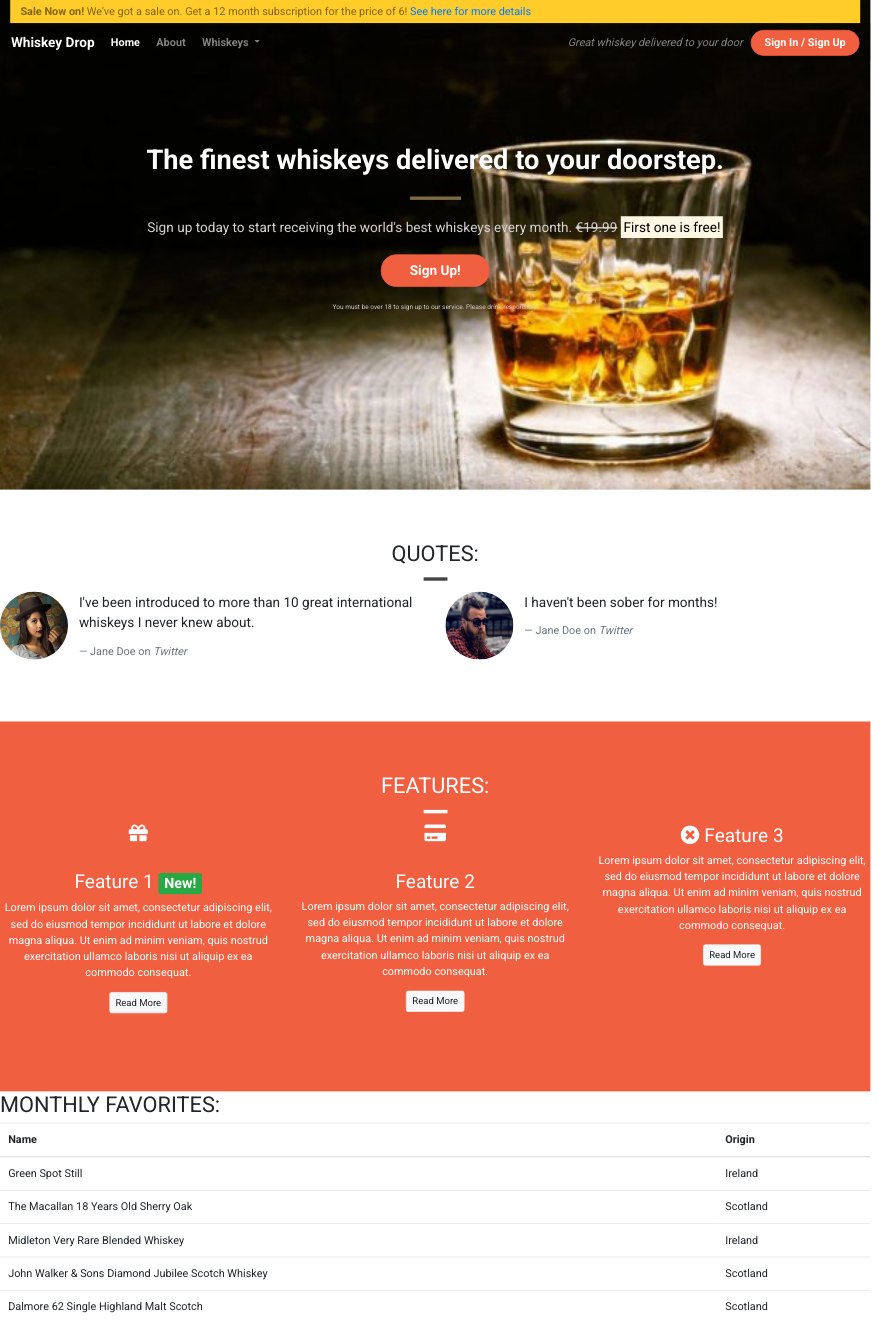
Repository: grisselfaura/BootstrappingYourNextBigIdea-BS4
Page: index.html
The author's editor kept a record of every edit. The page is drawn from the files as they stood at one moment, then again after the next edit.
The browser window is 1280 px wide. The page is 1295 px wide, so the pictures cover 1295 px, including what lies to the right of the window. The pictures show the whole page, at 68% of full size.
Backgrounds fixed to the window are drawn as part of the page. Some web libraries are served in a nearby version.

Above is the page before.

### index.html
<!DOCTYPE html>
<html lang="en-us">

<head>
    <meta charset="utf-8">
    <meta name="viewport" content="width=device-width, initial-scale=1.0">
    <title>Whiskey Drop | Taste a new whiskey every month</title>
    <link rel="stylesheet" href="https://maxcdn.bootstrapcdn.com/bootstrap/4.1.3/css/bootstrap.min.css">
    <link rel="stylesheet" href="https://use.fontawesome.com/releases/v5.6.1/css/all.css" integrity="sha384-gfdkjb5BdAXd+lj+gudLWI+BXq4IuLW5IT+brZEZsLFm++aCMlF1V92rMkPaX4PP" crossorigin="anonymous">
    <link href="https://fonts.googleapis.com/css?family=Roboto:400,700&display=swap" rel="stylesheet">
    <link rel="stylesheet" href="css/style.css" type="text/css" />
</head>

<body>
    <div class="container-fluid navalert-container">
        <div class="container-fluid alert-container">
            <div class="row d-none d-sm-block">
                <div class="col-12">
                    <div class="site-wide-alert alert-warning">
                        <strong>Sale Now on!</strong> We've got a sale on. Get a 12 month subscription for the price of 6! <a href="">See here for more details</a>
                    </div>
                </div>
            </div>
        </div>
        <nav class="navbar navbar-dark navbar-expand-sm">
            <a href="/" class="navbar-brand">Whiskey Drop</a>

            <button class="navbar-toggler ml-auto" type="button" data-toggle="collapse" data-target="#navbarNavDropdown" aria-controls="navbarNavDropdown" aria-expanded="false" aria-label="Toggle navigation">
            <span class="navbar-toggler-icon"></span></button>

            <div class="collapse navbar-collapse" id="navbarNavDropdown">
                <ul class="navbar-nav mr-auto">
                    <li class="active nav-item mr-2"><a class="nav-link" href="/">Home</a></li>
                    <li class="nav-item mr-2"><a class="nav-link" href="">About</a></li>
                    <li class="nav-item dropdown">
                        <a class="nav-link dropdown-toggle" href="#" id="navbarDropdownMenuLink" role="button" data-toggle="dropdown" aria-haspopup="true" aria-expanded="false">
                  Whiskeys
            </a>
                        <div class="dropdown-menu" aria-labelledby="navbarDropdownMenuLink">
                            <a class="dropdown-item" href="#">Irish</a>
                            <a class="dropdown-item" href="#">Scotch</a>
                            <a class="dropdown-item" href="#">Japanese</a>
                            <a class="dropdown-item" href="#">American</a>
                        </div>
                    </li>

                    <li class="nav-item mr-2 d-block d-sm-none"><a class="nav-link" href="">Sign In / Sign Up</a></li>
                </ul>
            </div>
            <div class="d-none d-md-block">
                <p class="navbar-text my-auto mr-2"><i>Great whiskey delivered to your door</i></p>
                <a href="/login" class="btn btn--cta btn--red">Sign In / Sign Up</a>
            </div>
            <!--</div>-->
        </nav>
    </div>
    <!-- Callout -->
    <div class="container-fluid callout-container">
        <div class="opaque-overlay">&nbsp;</div>
        <div class="row">
            <div class="col-12">
                <section class="callout jumbotron text-center">
                    <h1 class="jumbotron-header">The finest whiskeys delivered to your doorstep.</h1>
                    <hr class="block-divider block-divider--orange">

                    <p class="lead">Sign up today to start receiving the world's best whiskeys every month.
                        <s class="d-none d-sm-inline">€19.99</s>
                        <span class="d-inline d-sm-none"><br></span>
                        <strong><mark>First one is free!</mark></strong></p>
                    <p><button class="btn btn-lg btn--cta btn--red" data-toggle="modal" data-target="#signUpModal">Sign Up!</button></p>
                    <p class="text-muted"><small>You must be over 18 to sign up to our service. Please drink responsibly.</small></p>
                </section>
            </div>
        </div>
    </div>
    <!-- /.callout -->

    <!-- Quotes -->
    <div class="container-wrapper">
        <div class="cointainer quotes-container content-container">
            <section class="quotes">
                <div class="row">
                    <div class="col-12 page-header">
                        <h2 class="text-uppercase">Quotes:</h2>
                        <hr class="block-divider block-divider--short">
                    </div>
                </div>
                <div class="row">
                    <div class="col-12 col-md-6">
                        <div class="media">
                            <div class="d-none d-sm-block">
                                <img src="images/girl-image.png" class="rounded-circle mr-3" height=100 width=100>
                            </div>
                            <div class="media-body">
                                <blockquote class="blockquote">
                                    <p>I've been introduced to more than 10 great international whiskeys I never knew about.</p>
                                    <footer class="blockquote-footer">Jane Doe on <cite title="Twitter">Twitter</cite></footer>
                                </blockquote>
                            </div>
                        </div>
                    </div>
                    <div class="col-12 col-md-6">
                        <div class="media">
                            <div class="d-none d-sm-block">
                                <img src="images/guy-image.png" class="rounded-circle mr-3" height=100 width=100>
                            </div>
                            <div class="media-body">
                                <blockquote class="blockquote">
                                    <p>I haven't been sober for months!</p>
                                    <footer class="blockquote-footer">Jane Doe on <cite title="Twitter">Twitter</cite></footer>
                                </blockquote>
                            </div>
                        </div>
                    </div>
                </div>
            </section>
            <!-- /.quotes -->
        </div>
    </div>
    <!-- Features -->
    <div class="container-wrapper container-wrapper--red">
        <div class="cointainer features-container content-container">
            <section class="features">
                <div class="row">
                    <div class="col-12 page-header">
                        <h2 class="text-uppercase">Features:</h2>
                        <hr class="block-divider block-divider--short block-divider--white">
                    </div>
                </div>
                <div class="row">
                    <div class="col-12 col-md-6 col-lg-4">
                        <div class="feature">
                            <h3><i class="fas fa-gift d-none d-sm-block"></i> Feature 1 <span class="badge badge-success">New!</span></h3>
                            <p>Lorem ipsum dolor sit amet, consectetur adipiscing elit, sed do eiusmod tempor incididunt ut labore et dolore magna aliqua. Ut enim ad minim veniam, quis nostrud exercitation ullamco laboris nisi ut aliquip ex ea commodo consequat.</p>
                            <p><a class="btn btn-sm btn-light" href="">Read More</a></p>
                        </div>
                    </div>
                    <div class="col-12 col-md-6 col-lg-4">
                        <div class="feature">
                            <h3><i class="fas fa-credit-card d-none d-sm-block"></i> Feature 2</h3>
                            <p>Lorem ipsum dolor sit amet, consectetur adipiscing elit, sed do eiusmod tempor incididunt ut labore et dolore magna aliqua. Ut enim ad minim veniam, quis nostrud exercitation ullamco laboris nisi ut aliquip ex ea commodo consequat.</p>
                            <p><a class="btn btn-sm btn-light" href="">Read More</a></p>
                        </div>
                    </div>
                    <div class="col-12 d-md-none d-lg-block col-lg-4">
                        <div class="feature">
                            <h3><i class="fas fa-times-circle d-none d-sm-inline"></i> Feature 3</h3>
                            <p>Lorem ipsum dolor sit amet, consectetur adipiscing elit, sed do eiusmod tempor incididunt ut labore et dolore magna aliqua. Ut enim ad minim veniam, quis nostrud exercitation ullamco laboris nisi ut aliquip ex ea commodo consequat.</p>
                            <p><a class="btn btn-sm btn-light" href="">Read More</a></p>
                        </div>
                    </div>
                </div>
            </section>
            <!-- /.features -->
        </div>
    </div>

    <section class="Monthly favorites">
        <h2 class="text-uppercase">Monthly favorites:</h2>
        <table class="table">
            <thead>
                <tr>
                    <th scope="col">Name</th>
                    <th scope="col">Origin</th>
                </tr>
            </thead>
            <tbody>
                <tr>
                    <td>Green Spot Still</td>
                    <td>Ireland</td>
                </tr>
                <tr>
                    <td>The Macallan 18 Years Old Sherry Oak</td>
                    <td>Scotland</td>
                </tr>
                <tr>
                    <td>Midleton Very Rare Blended Whiskey</td>
                    <td>Ireland</td>
                </tr>
                <tr>
                    <td>John Walker & Sons Diamond Jubilee Scotch Whiskey</td>
                    <td>Scotland</td>
                </tr>
                <tr>
                    <td>Dalmore 62 Single Highland Malt Scotch</td>
                    <td>Scotland</td>
                </tr>
            </tbody>
        </table>
    </section>
    </div>

    <div class="modal" tabindex="-1" role="dialog" id="signUpModal">
        <div class="modal-dialog" role="document">
            <div class="modal-content">
                <div class="modal-header">
                    <h5 class="modal-title">Sign Up To Whiskey Drop!</h5>
                    <button type="button" class="close" data-dismiss="modal" aria-label="Close">
          <span aria-hidden="true">&times;</span>
        </button>
                </div>
                <div class="modal-body">
                    <form>
                        <div class="form-group">
                            <label for="exampleInputEmail1">Email address</label>
                            <input type="email" class="form-control" id="exampleInputEmail1" aria-describedby="emailHelp" placeholder="Enter email">
                            <small id="emailHelp" class="form-text text-muted">We'll never share your email with anyone else.</small>
                        </div>
                        <div class="form-group">
                            <label for="password">Password</label>
                            <input type="password" class="form-control" id="password" placeholder="Password">
                        </div>
                        <div class="form-group">
                            <label for="repeatPassword">Repeat Password</label>
                            <input type="password" class="form-control" id="repeatPassword" placeholder="Repeat Password">
                        </div>
                        <button type="submit" class="btn btn-success">Submit</button>
                    </form>
                </div>
            </div>
        </div>
    </div>

    <script src="https://code.jquery.com/jquery-3.3.1.slim.min.js" integrity="sha384-q8i/X+965DzO0rT7abK41JStQIAqVgRVzpbzo5smXKp4YfRvH+8abtTE1Pi6jizo" crossorigin="anonymous"></script>
    <script src="https://cdnjs.cloudflare.com/ajax/libs/popper.js/1.14.3/umd/popper.min.js" integrity="sha384-ZMP7rVo3mIykV+2+9J3UJ46jBk0WLaUAdn689aCwoqbBJiSnjAK/l8WvCWPIPm49" crossorigin="anonymous"></script>
    <script src="https://stackpath.bootstrapcdn.com/bootstrap/4.1.3/js/bootstrap.min.js" integrity="sha384-ChfqqxuZUCnJSK3+MXmPNIyE6ZbWh2IMqE241rYiqJxyMiZ6OW/JmZQ5stwEULTy" crossorigin="anonymous"></script>
</body>

</html>

### css/style.css
body {
    font-family: 'Roboto', sans-serif;
}

.container-wrapper {}

.container-wrapper--red {
    background-color: #f05f40;
    color: white;
}

.alert-container .col-12{
    padding-left: 0
    padding-right:0;
}

.site-wide-alert {
    border-radius: 0;
    margin-bottom: 0;
    padding: 5px 15px;
    background-color: #ffcc29;
    border-color: #ffcc29;
}

.callout-container {
    height:100vh;
    background: url("../images/Whiskey-background.jpg") no-repeat bottom right fixed;
      -webkit-background-size: cover;
      -moz-background-size: cover;
      -o-background-size: cover;
      background-size: cover;
      display: flex;
      align-items: center;
      justify-content: center;
      position: relative;
}

.opaque-overlay {
    position: absolute;
    top: 0;
    left: 0;
    height: 100%;
    width: 100%
    background-color: rgba(0,0,0,0.5);
}
.quotes-container {}

.features-container {}

/*Page headers*/

.page-header {
    margin bottom: 0;
    border bottom: 0;
    text-align: center;
}

.page-header h2 {
    margin top: 0;
}

/*Block-dividers*/

.block-divider {
    width: 75px;
    height: 5px;
    border: 0;
    background-color: #444;
}

.block-divider--orange {
    background-color: #7c6945;
}

.block-divider--white {
    background-color: white
}

.block-divider--short {
    width: 35px;
}

/*Content containers*/

.content-container {
    padding-top: 75px;
    padding-bottom: 75px;
}

/*Navbar*/

.navalert-container {
    position: absolute;
    top: 0;
    left: 0;
    padding-left: 0;
    padding-right: 0;
    z-index: 1;
}

.navbar {
    margin-bottom: 0;
    border: 0;
    width: 100%;
    background-color: rgba(0,0,0,0.25);
}

.navbar .navbar-toggler {
    border:0;
}

.navbar-brand {
    font-weight: bold;
}

.navbar .navbar-nav a {
    font-weight: bold;
}
/*Jumbotron*/
.jumbotron {
    background-color: transparent;
}

.jumbotron-header {
    color: white;
    font-weight: bold;
    margin-bottom: 30px;
}

.jumbotron .lead {
    margin: 25px;
    color: #d7d3d3;
}

.jumbotron small {
    font-size: 60%;
    font-size: italic;
    color: #d0d0d0;
}

/*Buttons*/
.btn--cta {
    font-weight: bold;
    border-radius: 23px;
    width: 160px;
}

.btn--red {
    color: white;
    background-color: #f05f40;
    border-color:#f05f40;
}

.btn-red:hover,
.btn--red:active,
.btn--red:focus,
.btn--red:active:hover {
    background-color: #c38f84;
    border-color: #c38f84;
}

.feature {
    text-align: center;
    margin-bottom : 40px;
}

.feature i {
    text-align: center;
    margin-bottom : 40px;
}

After the next edit:
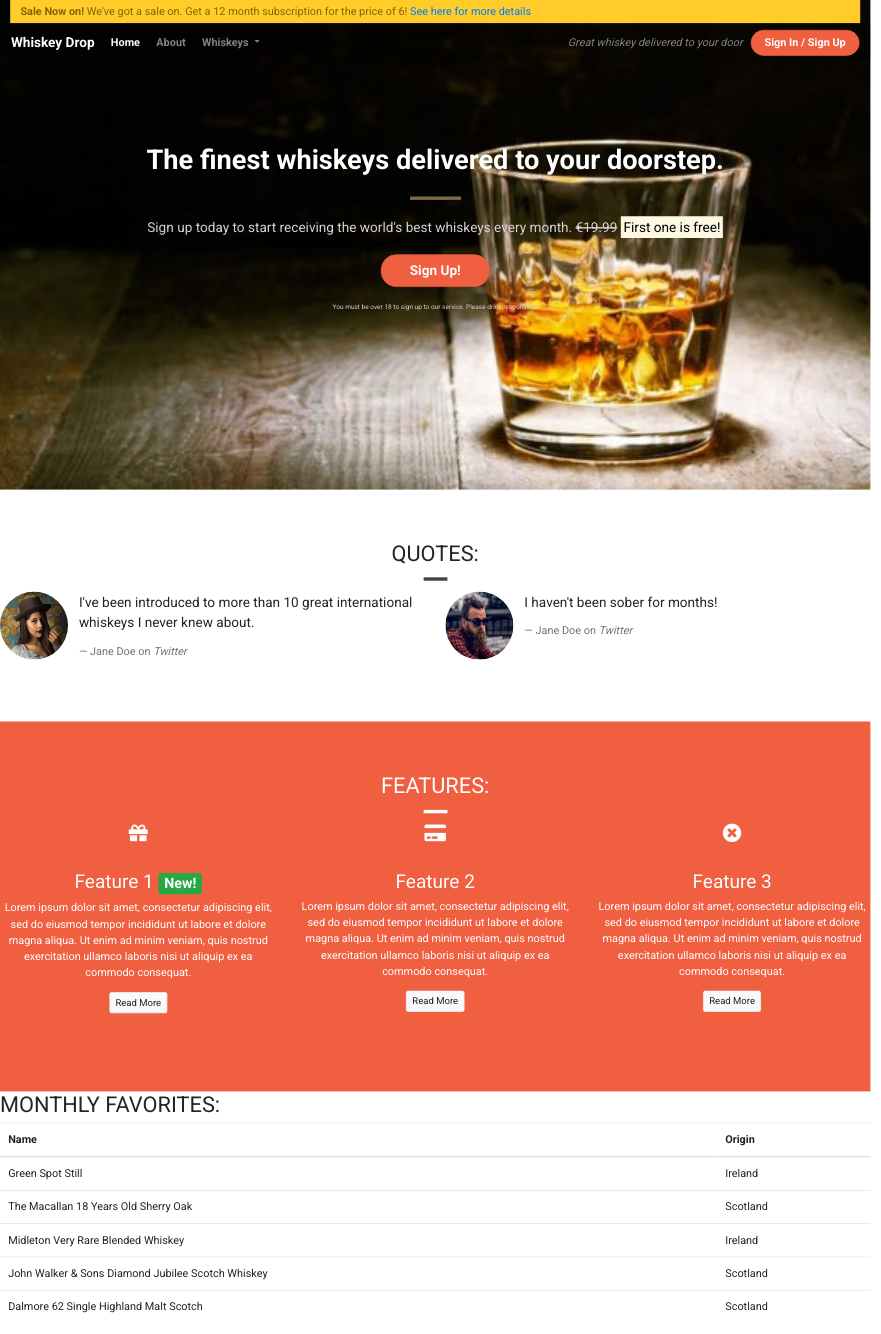
The edit:
--- a/index.html
+++ b/index.html
@@ -144,7 +144,7 @@
                     </div>
                     <div class="col-12 d-md-none d-lg-block col-lg-4">
                         <div class="feature">
-                            <h3><i class="fas fa-times-circle d-none d-sm-inline"></i> Feature 3</h3>
+                            <h3><i class="fas fa-times-circle d-none d-sm-block"></i> Feature 3</h3>
                             <p>Lorem ipsum dolor sit amet, consectetur adipiscing elit, sed do eiusmod tempor incididunt ut labore et dolore magna aliqua. Ut enim ad minim veniam, quis nostrud exercitation ullamco laboris nisi ut aliquip ex ea commodo consequat.</p>
                             <p><a class="btn btn-sm btn-light" href="">Read More</a></p>
                         </div>
